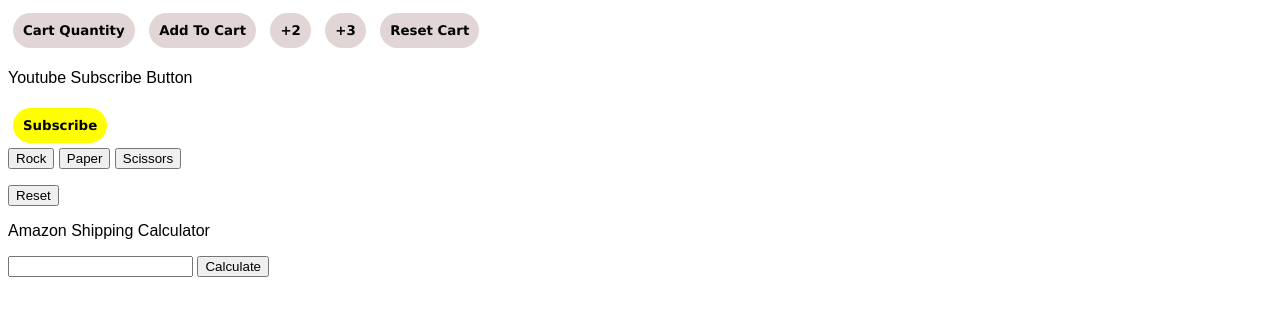
Repository: EguJaredoBoyd/Jared-Learning-Projects
Page: javascript-tutorial.html
These files come from the project's save history. The page is drawn as it stood at one moment and after a run of saves; the edit follows.
The browser window is 1280 px wide. The pictures show the whole page.

Above is the page before, as saved 2025-07-06 22:17:45.

### javascript-tutorial.html
<!DOCTYPE html>
<html lang="en">
<head>
    <meta charset="UTF-8">
    <meta name="viewport" content="width=device-width, initial-scale=1.0">
    <title>Document</title>
    <link rel="stylesheet" href="javascript-tutorial.css">
    <script src="javacript-tutorial.js" defer></script>
</head>
<body>
    <main>
        <section class="cart-class">
            <button onclick="cartDisplay()">Cart Quantity</button>
            <button onclick="addCart();
            cartDisplay()">Add To Cart</button>
            <button onclick="addCart2();
            cartDisplay()">+2</button>
            <button onclick="addCart3();
            cartDisplay()">+3</button>
            <button onclick="cartReset();
            cartDisplay()">Reset Cart</button>

            <p id="cart-quantity"></p>
            <p>Youtube Subscribe Button</p>
            <button onclick="subscribe()" class="sub-button">Subscribe</button>
        </section>

        <section class="game-play">
            <button onclick="selectRock()" class="rock">Rock</button>
            <button onclick="selectPaper()">Paper</button>
            <button onclick="selectScissors()">Scissors</button>
            <p class="win-paragraph"></p>
            <p class="move-paragraph"></p>
            <p class="score-paragraph"></p>
            <button onclick="selectReset()">Reset</button>
        </section>

        <section class="amazon-calculator">
            <p>Amazon Shipping Calculator</p>
            <input type="text" class="amazon-cost" onkeydown="handleCost(event)">
            <button onclick="calculateTotal()">Calculate</button>
            <p class="shipping-cost"></p>
        </section>
    </main>

</body>
</html>

### javascript-tutorial.css
body{
    font-family: Arial, Helvetica, sans-serif;
}
.cart-class button{
    padding: 10px;
    margin: 5px;
    font-weight: bold;
    font-family: Verdana, Geneva, Tahoma, sans-serif;
    border: none;
    border-radius: 50px;

}
.cart-class button:not(.sub-button){
    background-color: rgb(225, 213, 213);

}
.sub-button{
    background-color: yellow;
}

### javacript-tutorial.js
let cartQuantity = 0;
function cartDisplay(){
    document.getElementById('cart-quantity').innerHTML = cartQuantity;
};

function addCart(){
    cartQuantity = cartQuantity + 1;
};

function addCart2(){
    cartQuantity += 2;
};

function addCart3(){
    cartQuantity += 3;
};

function cartReset(){
    alert("Cart has been reset");
    cartQuantity = 0;
};

function subscribe () {
    let subClick = document.querySelector('.sub-button');
        if (subClick.innerHTML === 'Subscribe') {
            subClick.innerHTML = 'Subscribed';
        } else{
            subClick.innerHTML = 'Subscribe'

        }
    }




let computerMove = '';
let score = {
    wins: 0,
    losses: 0,
    ties: 0
};

// ✅ Fix 1: Load saved score if it exists in localStorage
const storage = localStorage.getItem('gameScore');
if (storage) {
    score = JSON.parse(storage);
}

console.log(score); // Optional: Just to confirm score is loaded

function selectRock() {
    // ✅ Fix 2: New random number every time the function runs
    let randomNumber = Math.random();

    if (randomNumber >= 0 && randomNumber < 1 / 3) {
        computerMove = 'rock';
    } else if (randomNumber >= 1 / 3 && randomNumber < 2 / 3) {
        computerMove = 'paper';
    } else {
        computerMove = 'scissors';
    }

    let result = '';
    if (computerMove === 'rock') {
        result = 'tie';
    } else if (computerMove === 'paper') {
        result = 'lose';
    } else if (computerMove === 'scissors') {
        result = 'win';
    }

    let newResult = '';
    if (result === 'win') {
        score.wins += 1;
        newResult = 'wins!';
    } else if (result === 'lose') {
        score.losses += 1;
        newResult = 'losses!';
    } else {
        score.ties += 1;
        newResult = 'ties!';
    }

    // ✅ Fix 3: Save updated score to localStorage
    localStorage.setItem('gameScore', JSON.stringify(score));

    let newScore, valueOne, valueTwo, outcomeOne, outcomeTwo;

    if (newResult === 'wins!') {
        newScore = score.wins;
        valueOne = score.losses;
        outcomeOne = 'losses';
        valueTwo = score.ties;
        outcomeTwo = 'ties';
    } else if (newResult === 'losses!') {
        newScore = score.losses;
        valueOne = score.wins;
        outcomeOne = 'wins';
        valueTwo = score.ties;
        outcomeTwo = 'ties';
    } else {
        newScore = score.ties;
        valueOne = score.wins;
        outcomeOne = 'wins';
        valueTwo = score.losses;
        outcomeTwo = 'losses';
    }

    alert(`You picked rock and the computer picked ${computerMove}, you ${result}!
You have ${newScore} ${newResult}, ${valueOne} ${outcomeOne}, and ${valueTwo} ${outcomeTwo}`);

    let rock = document.querySelector('.win-paragraph');
    rock.innerHTML = (`You picked rock and the computer picked ${computerMove}, you ${result}!
    You have ${newScore} ${newResult}, ${valueOne} ${outcomeOne}, and ${valueTwo} ${outcomeTwo}`);

    let rockMove = document.querySelector('.move-paragraph');
    rockMove.innerHTML = (`You - rock : ${computerMove} - Computer`);

    let rockScore = document.querySelector('.score-paragraph');
    rockScore.innerHTML = (`You ${result}!`)

}

function selectPaper() {
    let randomNumber = Math.random();

    if (randomNumber >= 0 && randomNumber < 1 / 3) {
        computerMove = 'rock';
    } else if (randomNumber >= 1 / 3 && randomNumber < 2 / 3) {
        computerMove = 'paper';
    } else {
        computerMove = 'scissors';
    }

    let result = '';
    if (computerMove === 'paper') {
        result = 'tie';
    } else if (computerMove === 'scissors') {
        result = 'lose';
    } else if (computerMove === 'rock') {
        result = 'win';
    }

    let newResult = '';
    if (result === 'win') {
        score.wins += 1;
        newResult = 'wins!';
    } else if (result === 'lose') {
        score.losses += 1;
        newResult = 'losses!';
    } else {
        score.ties += 1;
        newResult = 'ties!';
    }

    localStorage.setItem('gameScore', JSON.stringify(score));

    let newScore, valueOne, valueTwo, outcomeOne, outcomeTwo;

    if (newResult === 'wins!') {
        newScore = score.wins;
        valueOne = score.losses;
        outcomeOne = 'losses';
        valueTwo = score.ties;
        outcomeTwo = 'ties';
    } else if (newResult === 'losses!') {
        newScore = score.losses;
        valueOne = score.wins;
        outcomeOne = 'wins';
        valueTwo = score.ties;
        outcomeTwo = 'ties';
    } else {
        newScore = score.ties;
        valueOne = score.wins;
        outcomeOne = 'wins';
        valueTwo = score.losses;
        outcomeTwo = 'losses';
    }

    alert(`You picked paper and the computer picked ${computerMove}, you ${result}!
You have ${newScore} ${newResult}, ${valueOne} ${outcomeOne}, and ${valueTwo} ${outcomeTwo}`);

    let paper = document.querySelector('.win-paragraph');
        paper.innerHTML = `You picked paper and the computer picked ${computerMove}, you ${result}!
You have ${newScore} ${newResult}, ${valueOne} ${outcomeOne}, and ${valueTwo} ${outcomeTwo}`;

    let paperMove = document.querySelector('.move-paragraph');
    paperMove.innerHTML = (`You - paper : ${computerMove} - Computer`);

    let paperScore = document.querySelector('.score-paragraph');
    paperScore.innerHTML = (`You ${result}!`)


}

function selectScissors() {
    let randomNumber = Math.random();

    if (randomNumber >= 0 && randomNumber < 1 / 3) {
        computerMove = 'rock';
    } else if (randomNumber >= 1 / 3 && randomNumber < 2 / 3) {
        computerMove = 'paper';
    } else {
        computerMove = 'scissors';
    }

    let result = '';
    if (computerMove === 'scissors') {
        result = 'tie';
    } else if (computerMove === 'rock') {
        result = 'lose';
    } else if (computerMove === 'paper') {
        result = 'win';
    }

    let newResult = '';
    if (result === 'win') {
        score.wins += 1;
        newResult = 'wins!';
    } else if (result === 'lose') {
        score.losses += 1;
        newResult = 'losses!';
    } else {
        score.ties += 1;
        newResult = 'ties!';
    }

    localStorage.setItem('gameScore', JSON.stringify(score));

    let newScore, valueOne, valueTwo, outcomeOne, outcomeTwo;

    if (newResult === 'wins!') {
        newScore = score.wins;
        valueOne = score.losses;
        outcomeOne = 'losses';
        valueTwo = score.ties;
        outcomeTwo = 'ties';
    } else if (newResult === 'losses!') {
        newScore = score.losses;
        valueOne = score.wins;
        outcomeOne = 'wins';
        valueTwo = score.ties;
        outcomeTwo = 'ties';
    } else {
        newScore = score.ties;
        valueOne = score.wins;
        outcomeOne = 'wins';
        valueTwo = score.losses;
        outcomeTwo = 'losses';
    }

    alert(`You picked scissors and the computer picked ${computerMove}, you ${result}!
You have ${newScore} ${newResult}, ${valueOne} ${outcomeOne}, and ${valueTwo} ${outcomeTwo}`);

    let scissors = document.querySelector('.win-paragraph');
    scissors.innerHTML = (`You picked scissors and the computer picked ${computerMove}, you ${result}!
You have ${newScore} ${newResult}, ${valueOne} ${outcomeOne}, and ${valueTwo} ${outcomeTwo}`);

    let scissorsMove = document.querySelector('.move-paragraph');
    scissorsMove.innerHTML = (`You - scissors : ${computerMove} - Computer`);

    let scissorsScore = document.querySelector('.score-paragraph');
    scissorsScore.innerHTML = (`You ${result}!`)

}

function selectReset() {
    score = {
        wins: 0,
        losses: 0,
        ties: 0
    };

    // ✅ Fix 4: Clear the score from localStorage too
    localStorage.removeItem('gameScore');

    alert(`Your score has been reset.`);

    let scoreReset = document.querySelector('.win-paragraph');
    scoreReset.innerHTML = ('Your score has been reset.');

    let resetMove = document.querySelector('.move-paragraph');
    resetMove.innerHTML = (``);

    let resetScore = document.querySelector('.score-paragraph');
    resetScore.innerHTML = (``)
};

function calculateTotal() {
    const amazonCost = document.querySelector('.amazon-cost');
    let cost = Number(amazonCost.value);

    let amount = 50;
    if (cost < amount) {
        cost = cost + 10;

    }

    document.querySelector('.shipping-cost').innerHTML = cost;
    console.log(cost);



};

function handleCost(event) {
    if (event.key === 'Enter') {
        calculateTotal();
    }
};

After the next 2 saves:
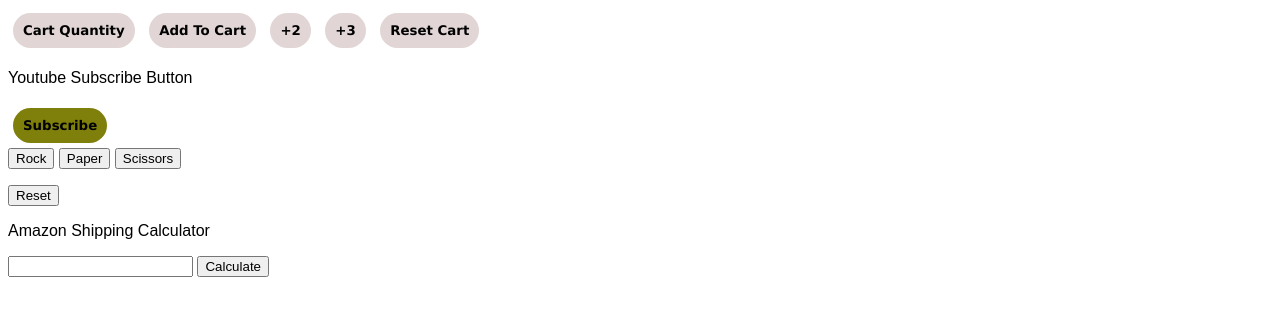
The 2 saves are shown as one change because they came seconds apart.
The last was saved 11 s later.
--- a/javascript-tutorial.css
+++ b/javascript-tutorial.css
@@ -15,5 +15,5 @@ body{
 
 }
 .sub-button{
-    background-color: yellow;
+    background-color: rgb(127, 127, 11);
 }
